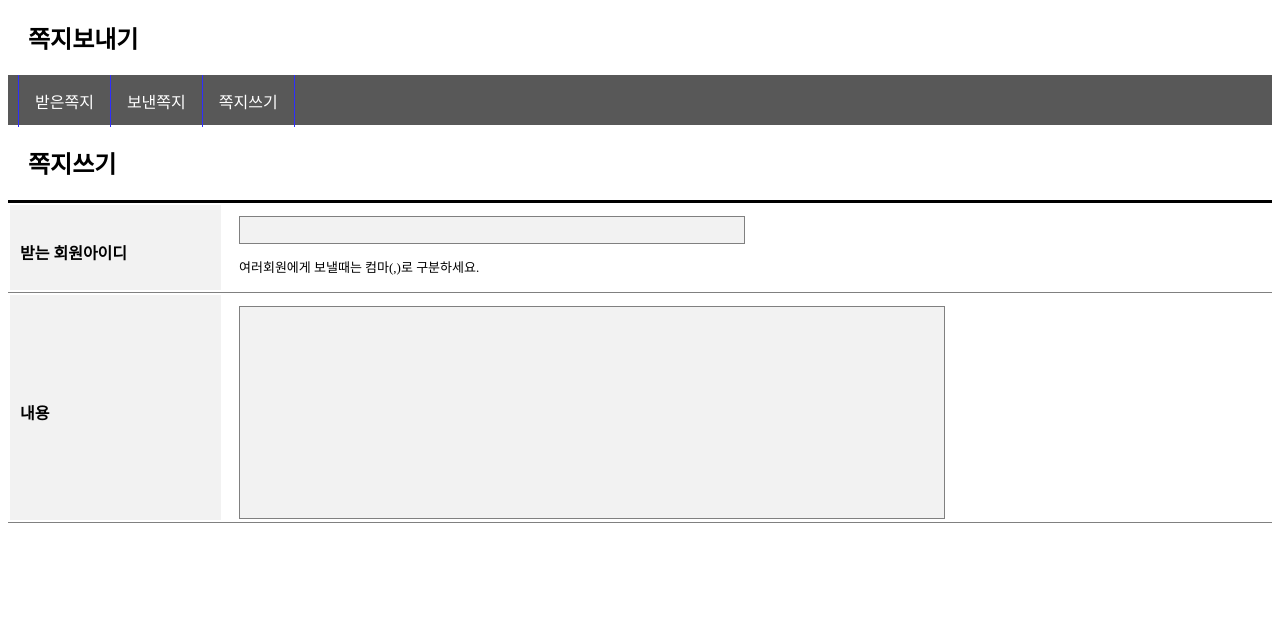
Repository: ks12b0000/JSP-School-Class
Page: chap10_JSP/src/main/webapp/Test/sendMessage.html
The author's editor kept a copy of each file at every save. The page is drawn from the files as they stood at one save, then again after the next save.
The browser window is 1280 px wide. The pictures show the whole page.

Above is the page before, as saved 2022-06-04 11:45:24.

After the next save:
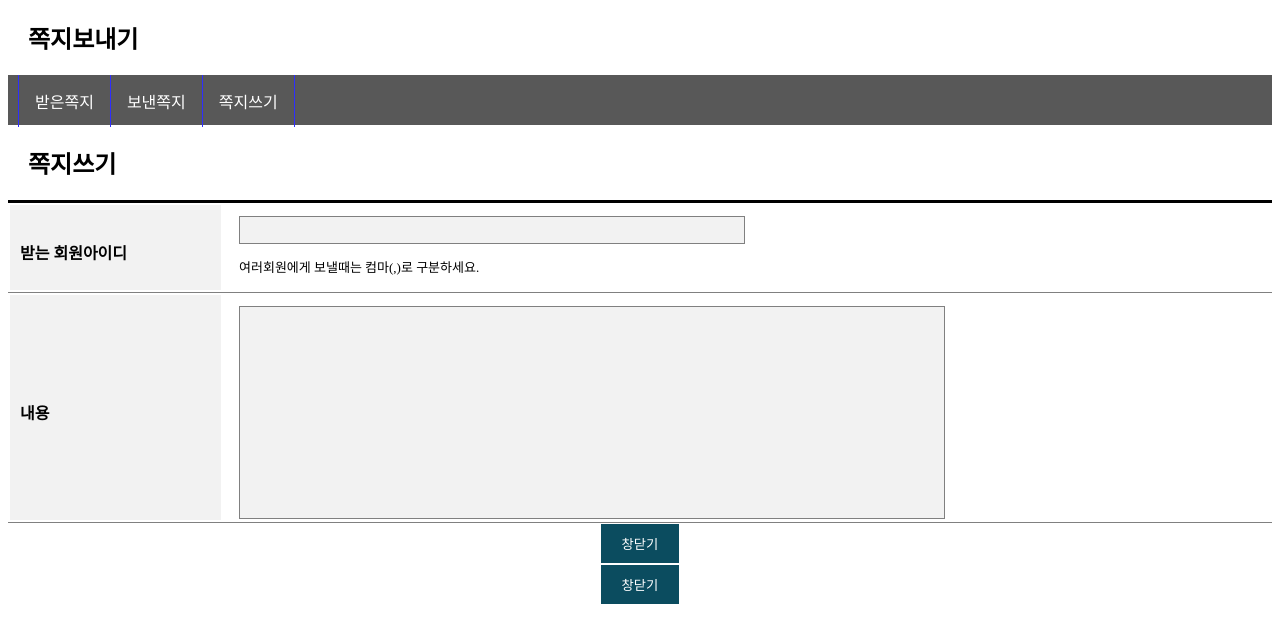
Saved 2 min 32 s later.
--- a/chap10_JSP/src/main/webapp/Test/sendMessage.html
+++ b/chap10_JSP/src/main/webapp/Test/sendMessage.html
@@ -28,5 +28,9 @@
 			<td><input type="text" /></td>
 		</tr>
 	</table>
+	<div class="button2">
+		<a href="myPage.html"><input id="close2" type="button" value="창닫기" /></a><br/>
+		<a href="myPage.html"><input id="close2" type="button" value="창닫기" /></a><br/>
+	</div>
 </body>
 </html>
